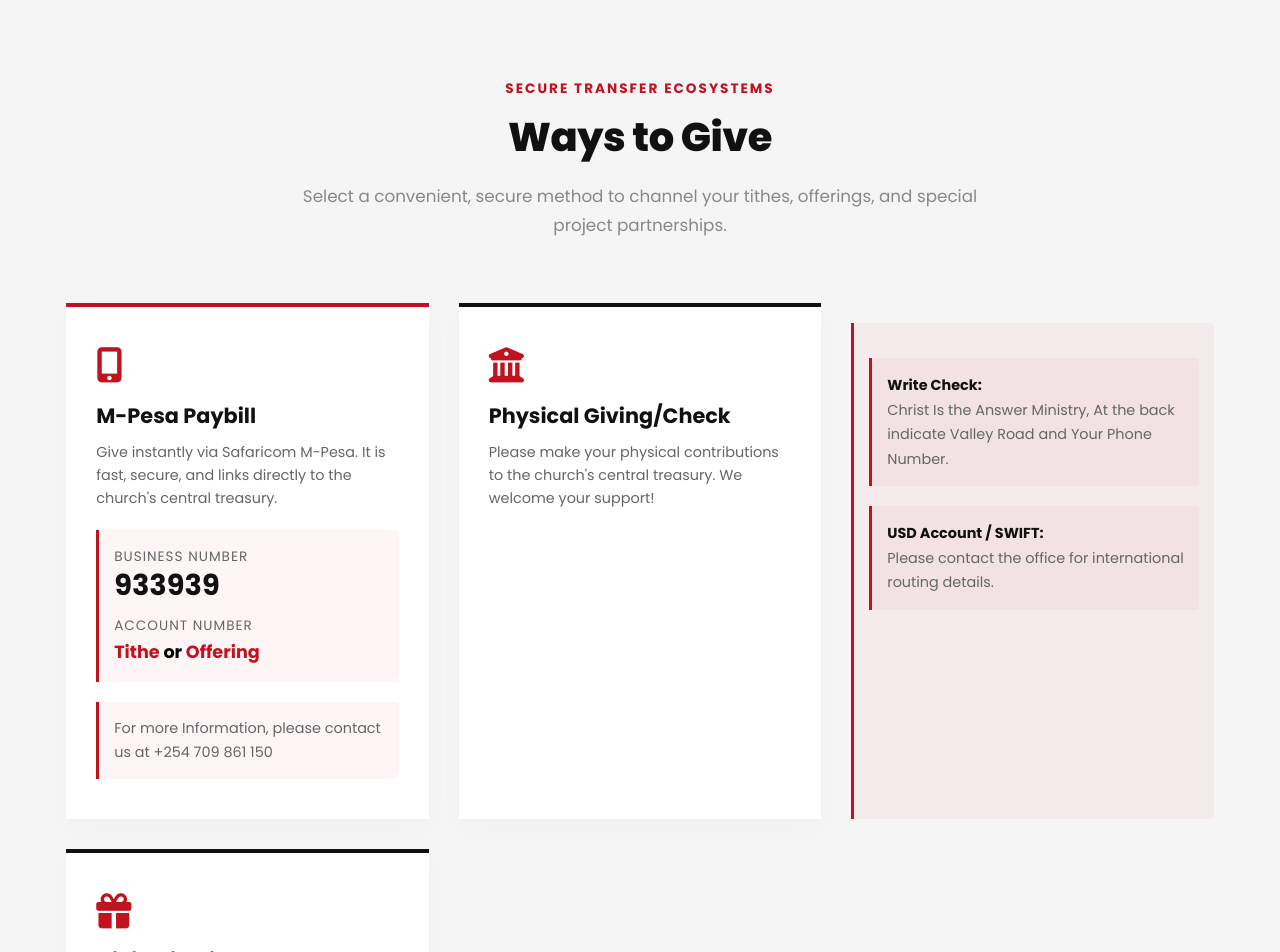
Repository: jereworks/CITAMVRD-Website
Page: give.html
The author's editor kept a copy of each file at every save. The page is drawn from the files as they stood at one save, then again after a run of saves.
The browser window is 1280 px wide. The pictures show the part of the page from y = 518 to 1470 px (the page is 2987 px tall).

Above is the page before, as saved 2026-06-12 07:39:58.

After the next 2 saves:
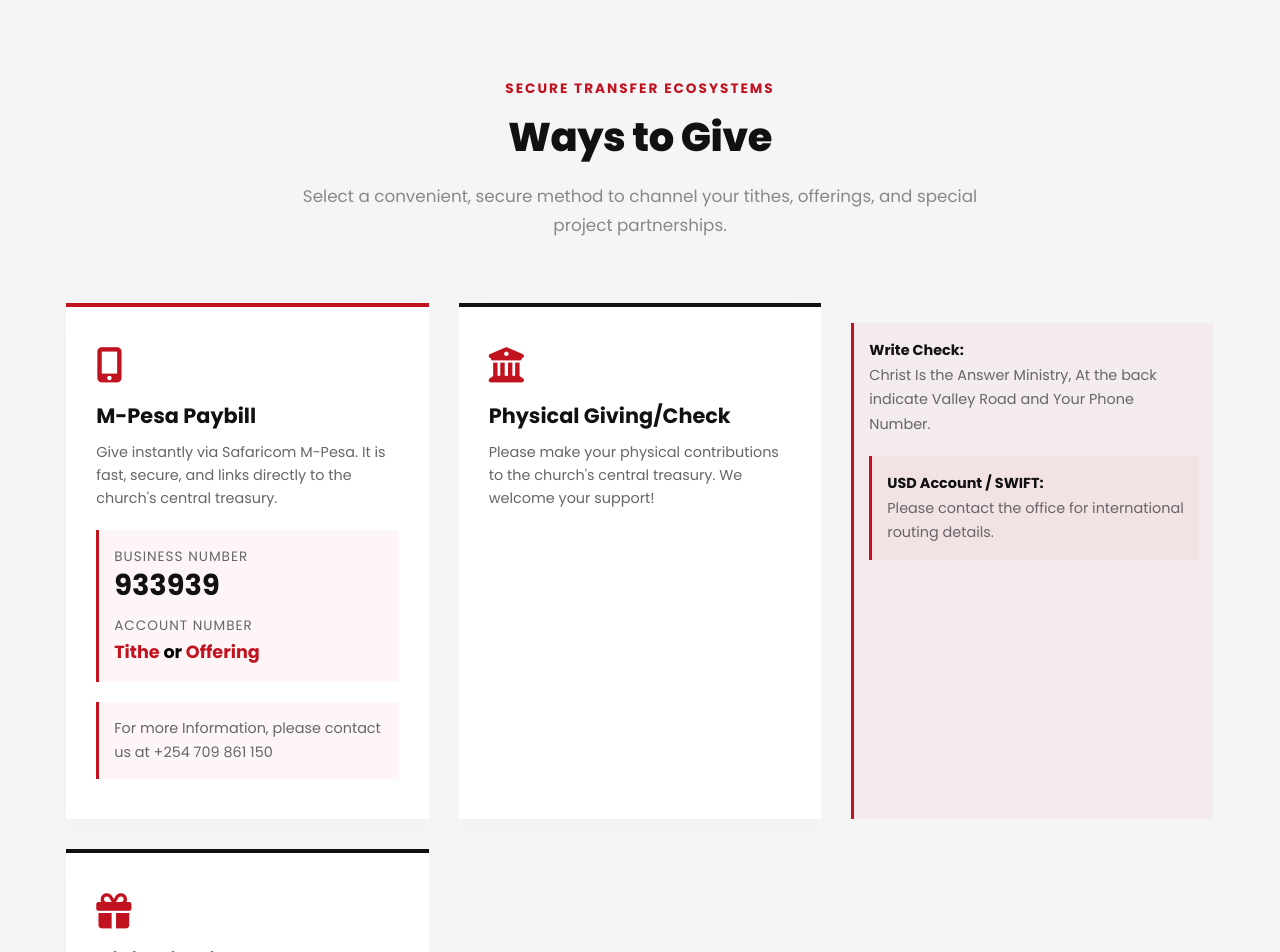
The 2 saves are shown as one change because they came seconds apart.
The last was saved 21 s later.
--- a/give.html
+++ b/give.html
@@ -121,7 +121,7 @@
 
                 <div style="background: rgba(193, 18, 31, 0.04); border-left: 3px solid var(--primary); padding: 15px; margin-top: 20px; border-radius: 0 4px 4px 0;">
                         <ul style="list-style: none; font-size: 0.9rem;">
-                            <li style="background: rgba(193, 18, 31, 0.04); border-left: 3px solid var(--primary); padding: 15px; margin-top: 20px; border-radius: 0 4px 4px 0;">
+                            <li>
                                 <strong style="color: var(--dark); display: block;">Write Check:</strong>
                                 Christ Is the Answer Ministry, At the back indicate Valley Road and Your Phone Number.
                             </li>
